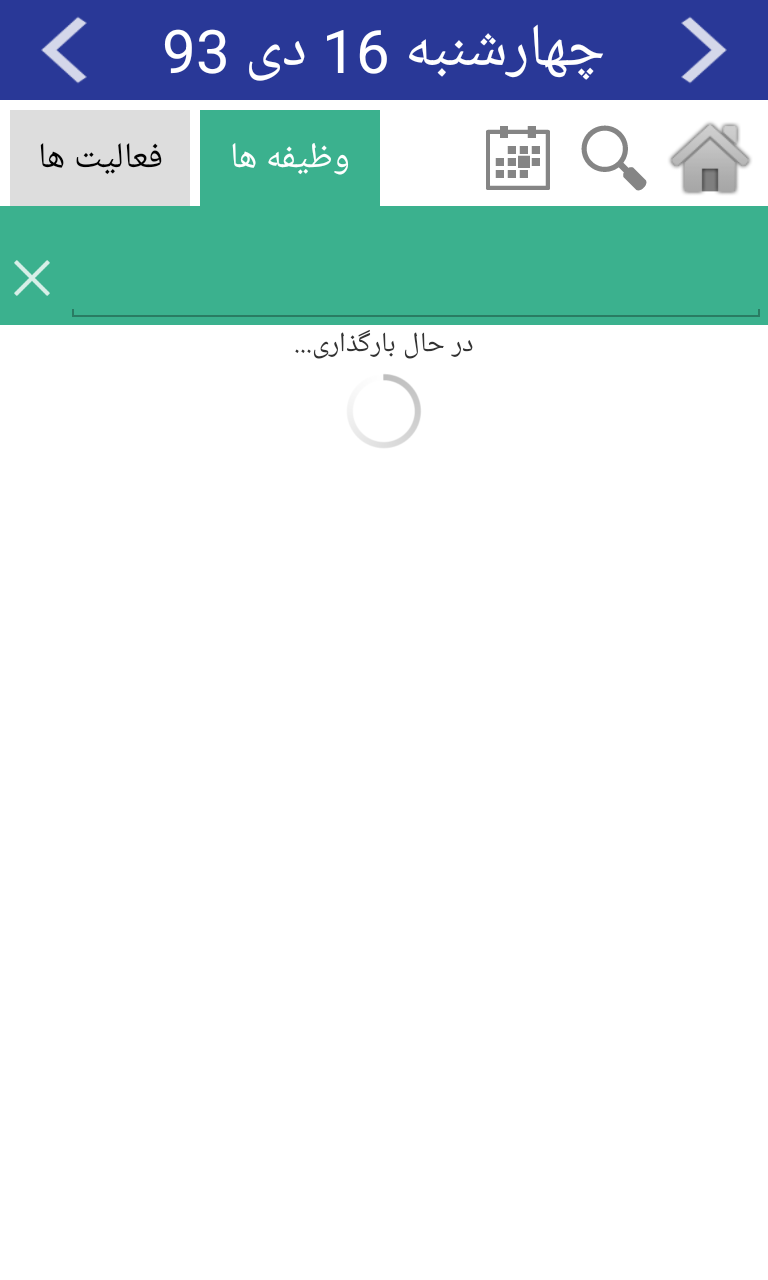
Repository: AtiehPardaz/CRM-Mobile
Layout: Crm-Mobile/res/layout/activity_task_action.xml
These files come from the project's save history. The layout is drawn as it stood at one moment and after the next save; the edit follows.
It is drawn on a 768 x 1280 px phone screen (xhdpi) without system bars, with theme android:Theme.Holo.Light.NoActionBar.Fullscreen; the app's code is not run. Lists and similar views that code fills are empty.

Above is the layout before, as saved 2015-02-23 13:00:18.

After the next save:
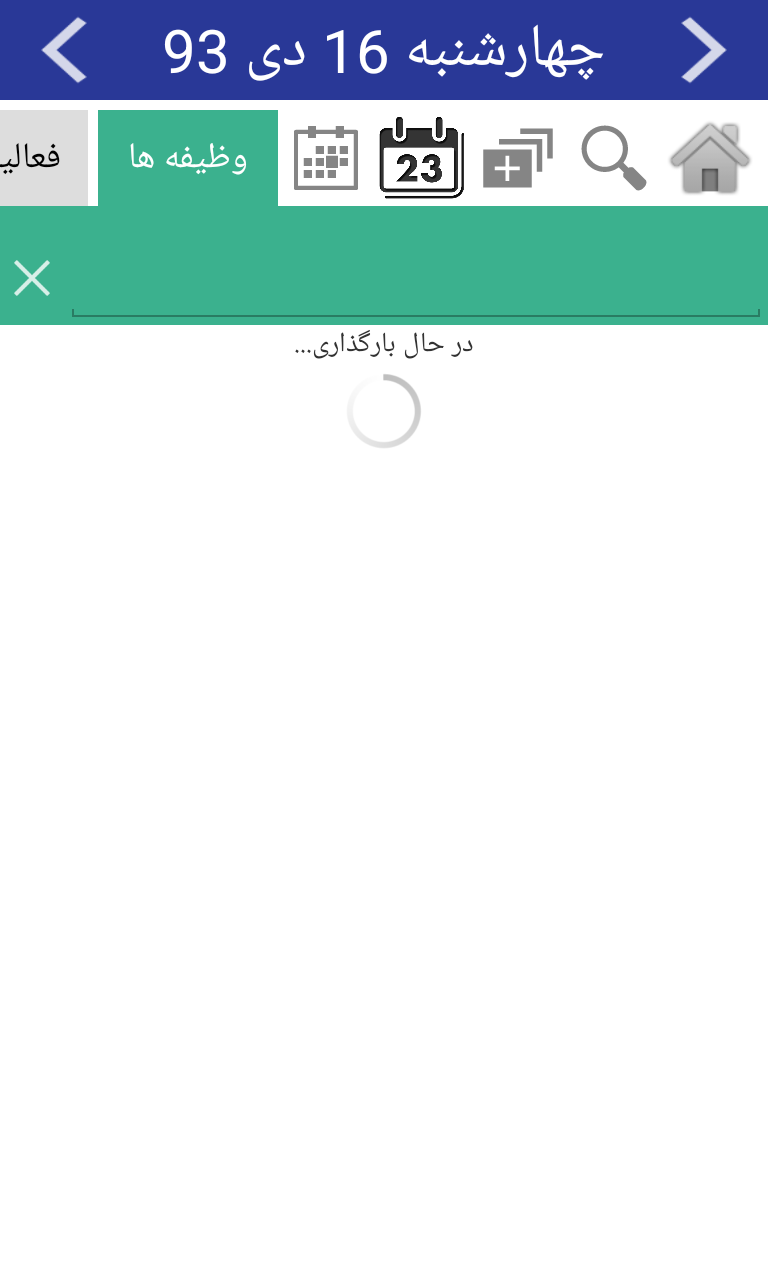
Saved 10 min 26 s later.
--- a/Crm-Mobile/res/layout/activity_task_action.xml
+++ b/Crm-Mobile/res/layout/activity_task_action.xml
@@ -98,6 +98,18 @@
             android:background="@drawable/taghvim" />
 
         <ImageButton
+            android:id="@+id/imageButton3"
+            android:layout_width="48dp"
+            android:layout_height="48dp"
+            android:background="@drawable/ic_action_month" />
+
+        <ImageButton
+            android:id="@+id/btn_add_taskaction"
+            android:layout_width="48dp"
+            android:layout_height="48dp"
+            android:background="@drawable/ic_action_add_to_queue" />
+
+        <ImageButton
             android:id="@+id/btn_search_taskaction"
             android:layout_width="48dp"
             android:layout_height="48dp"
